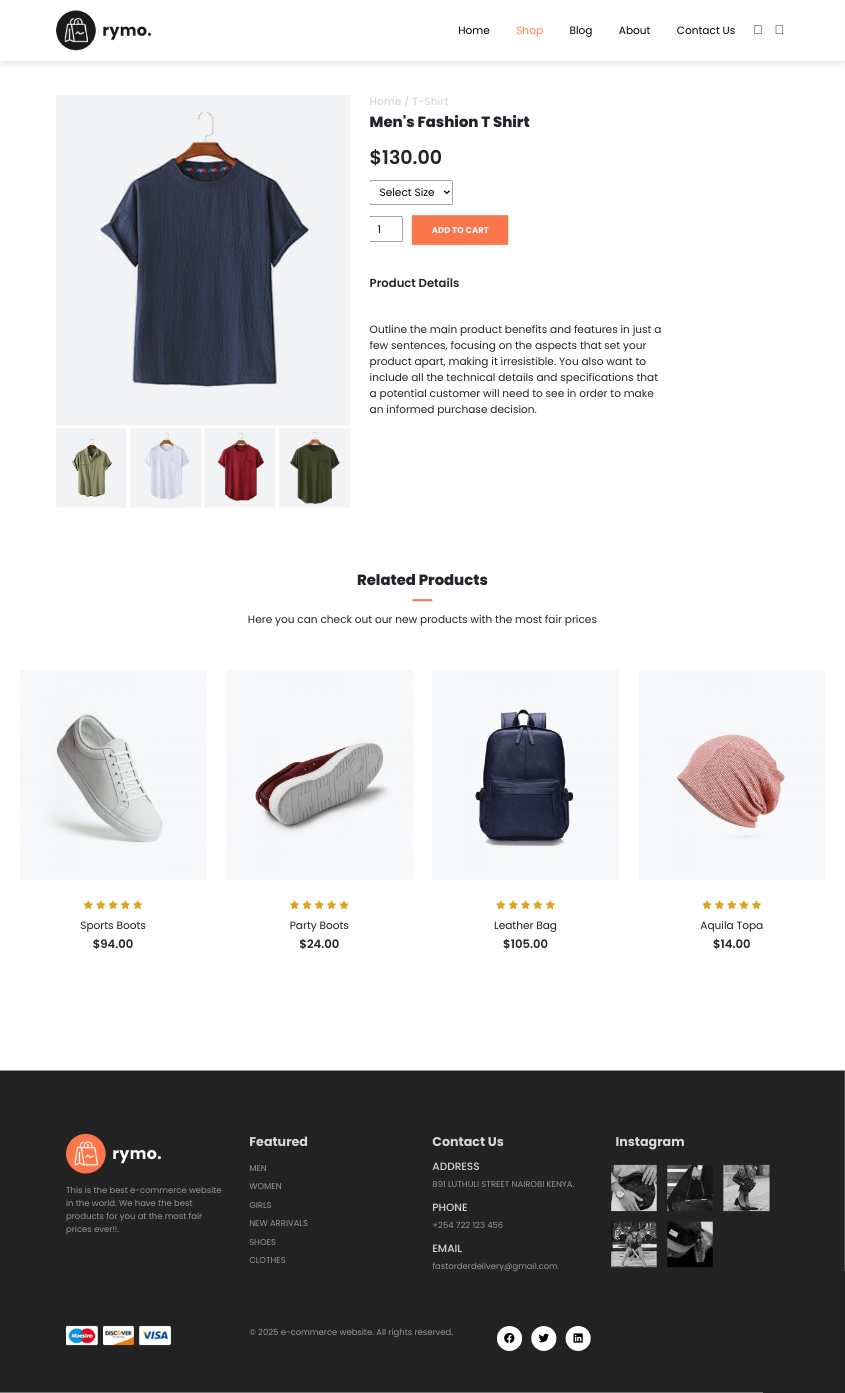
Repository: peter417waweru/e-commerce-UI
Page: sproduct.html
The author's editor kept a copy of each file at every save. The page is drawn from the files as they stood at one save, then again after the next save.
The browser window is 1280 px wide. The pictures show the whole page, at 66% of full size.
Some web libraries are served in a nearby version.

Above is the page before, as saved 2025-02-08 16:08:08.

### sproduct.html
<!DOCTYPE html>
<html lang="en">

    <head>
        <meta charset="UTF-8">
        <meta http-equiv="X-UA-Compatible" content="IE=edge">
        <meta name="viewport" content="width=device-width, initial-scale=1.0">
        <title>Product Details</title>

        <link rel="stylesheet" href="https://cdn.jsdelivr.net/npm/bootstrap@4.1.3/dist/css/bootstrap.min.css"
        integrity="sha384-MCw98/SFnGE8fJT3GXwEOngsV7Zt27NXFoaoApmYm81iuXoPkFOJwJ8ERdknLPMO" crossorigin="anonymous">

        <link rel="stylesheet" href="https://pro.fontawesome.com/releases/v5.10.0/css/all.css" />

        <link rel="stylesheet" href="./style.css">
        <link rel="stylesheet" href="./sproduct.css">
    </head>

    <body>
        <nav class="navbar navbar-expand-lg navbar-light bg-white py-3 fixed-top">
            <div class="container">
              <img src="img/logo1.png" alt="">
              <button class="navbar-toggler" type="button" data-bs-toggle="collapse" data-bs-target="#navbarSupportedContent"
              aria-controls="navbarSupportedContent" aria-expanded="false" aria-label="Toggle navigation">
                <span><i id="bar" class="fas fa-bars"></i></span>
              </button>
              <div class="collapse navbar-collapse" id="navbarSupportedContent">
                <ul class="navbar-nav ml-auto">
                  <li class="nav-item">
                    <a class="nav-link" aria-current="page" href="index.html">Home</a>
                  </li>
                  <li class="nav-item">
                    <a class="nav-link active" aria-current="page" href="shop.html">Shop</a>
                  </li>
                  <li class="nav-item">
                    <a class="nav-link" aria-current="page" href="#">Blog</a>
                  </li>
                  <li class="nav-item">
                    <a class="nav-link" aria-current="page" href="#">About</a>
                  </li>
                  <li class="nav-item">
                    <a class="nav-link" aria-current="page" href="#">Contact Us</a>
                  </li>
                  <li class="nav-item">
                    <i class="fal fa-search"></i>
                    <i class="fal fa-shopping-bag"></i>
                  </li>


                </ul>

              </div>
            </div>
        </nav>

        <section class="container sproduct my-5 pt-5">
            <div class="row mt-5">
                <div class="col-lg-5 col-mid-12 col-12">
                    <img class="img-fluid w-100  pb-1" src="img/shop/1.jpg" alt="">

                    <div class="small-img-group">
                        <div class="small-img-col">
                            <img src="img/shop/23.jpg" width="100%" class="small-img" alt="">
                        </div>
                        <div class="small-img-col">
                            <img src="img/shop/24.jpg" width="100%" class="small-img" alt="">
                        </div>
                        <div class="small-img-col">
                            <img src="img/shop/25.jpg" width="100%" class="small-img" alt="">
                        </div>
                        <div class="small-img-col">
                            <img src="img/shop/26.jpg" width="100%" class="small-img" alt="">
                        </div>
                    </div>
                </div>
                <div class="col-lg-5 col-mid-12 col-12" >
                    <h6>Home / T-Shirt</h6>
                    <h3 class="mb-4">Men's Fashion T Shirt</h3>
                    <h2>$130.00</h2>
                    <select class="my-3" name="" id="">
                        <option>Select Size</option>
                        <option>XXL</option>
                        <option>XL</option>
                        <option>Large</option>
                        <option>Small</option>
                    </select>
                    <input type="number" value="1">
                    <button class="buy-btn">Add To Cart</button>
                    <h4 class="mt-5 mb-5">Product Details</h4>
                    <span>Outline the main product benefits and features in just a few sentences, focusing on the aspects that set your product apart,
                         making it irresistible. You also want to include all the technical details and specifications that a potential customer will need to
                         see in order to make an informed purchase decision.</span>


                </div>
            </div>
        </section>

        <section id="featured" class="my-5 pb-5">
            <div class="container text-center mt-5 py-5">
              <h3>Related Products</h3>
              <hr class="mx-auto">
              <p>Here you can check out our new products with the most fair prices</p>
            </div>
            <div class="row mx-auto container-fluid">
              <div class="product text-center col-lg-3 col-md-4 col-12">
                <img class="img-fluid mb-3" src="img/featured/1.jpg" alt="">
                <div class="star">
                  <i class="fas fa-star"></i>
                  <i class="fas fa-star"></i>
                  <i class="fas fa-star"></i>
                  <i class="fas fa-star"></i>
                  <i class="fas fa-star"></i>
                </div>
                <h5 class="p-name">Sports Boots</h5>
                <h4 class="p-price">$94.00</h4>
                <button class="buy-btn">Buy Now</button>
              </div>
              <div class="product text-center col-lg-3 col-md-4 col-12">
                <img class="img-fluid mb-3" src="img/featured/2.jpg" alt="">
                <div class="star">
                  <i class="fas fa-star"></i>
                  <i class="fas fa-star"></i>
                  <i class="fas fa-star"></i>
                  <i class="fas fa-star"></i>
                  <i class="fas fa-star"></i>
                </div>
                <h5 class="p-name">Party Boots</h5>
                <h4 class="p-price">$24.00</h4>
                <button class="buy-btn">Buy Now</button>
              </div>
              <div class="product text-center col-lg-3 col-md-4 col-12">
                <img class="img-fluid mb-3" src="img/featured/3.jpg" alt="">
                <div class="star">
                  <i class="fas fa-star"></i>
                  <i class="fas fa-star"></i>
                  <i class="fas fa-star"></i>
                  <i class="fas fa-star"></i>
                  <i class="fas fa-star"></i>
                </div>
                <h5 class="p-name">Leather Bag</h5>
                <h4 class="p-price">$105.00</h4>
                <button class="buy-btn">Buy Now</button>
              </div>
              <div class="product text-center col-lg-3 col-md-4 col-12">
                <img class="img-fluid mb-3" src="img/featured/4.jpg" alt="">
                <div class="star">
                  <i class="fas fa-star"></i>
                  <i class="fas fa-star"></i>
                  <i class="fas fa-star"></i>
                  <i class="fas fa-star"></i>
                  <i class="fas fa-star"></i>
                </div>
                <h5 class="p-name">Aquila Topa</h5>
                <h4 class="p-price">$14.00</h4>
                <button class="buy-btn">Buy Now</button>
              </div>
            </div>
          </section>



        <footer class="mt-5 py-5">
            <div class="row container mx-auto pt-5">
              <div class="footer-one col-lg-3 col-md-6 col-12">
                <img src="img/logo2.png" alt="">
                <p class="pt-3">This is the best e-commerce website in the world.
                   We have the best products for you at the most fair prices ever!!.</p>
              </div>
              <div class="footer-one col-lg-3 col-md-6 col-12">
                <h4 class="pb-2">Featured</h4>
                <ul class="text-uppercase list-unstyled">
                  <li><a href="#">men</a></li>
                  <li><a href="#">women</a></li>
                  <li><a href="#">girls</a></li>
                  <li><a href="#">new arrivals</a></li>
                  <li><a href="#">shoes</a></li>
                  <li><a href="#">clothes</a></li>
                </ul>
              </div>
              <div class="footer-one col-lg-3 col-md-6 col-12 mb-3">
                <h4 class="pb-2">Contact Us</h4>
                <div>
                  <h6 class="text-uppercase">Address</h6>
                <p>891 LUTHULI STREET NAIROBI KENYA.</p>
                </div>
                <div>
                  <h6 class="text-uppercase">Phone</h6>
                <p>+254 722 123 456</p>
                </div>
                <div>
                  <h6 class="text-uppercase">Email</h6>
                <p>fastorderdelivery@gmail.com</p>
                </div>
              </div>
              <div class="footer-one col-lg-3 col-md-6 col-12 mb-3">
                <h4 class="pb-2">Instagram</h4>
                <div class="row">
                  <img class="img-fluid w-25 h-100 m-2" src="img/insta/1.jpg" alt="">
                  <img class="img-fluid w-25 h-100 m-2" src="img/insta/2.jpg" alt="">
                  <img class="img-fluid w-25 h-100 m-2" src="img/insta/3.jpg" alt="">
                  <img class="img-fluid w-25 h-100 m-2" src="img/insta/4.jpg" alt="">
                  <img class="img-fluid w-25 h-100 m-2" src="img/insta/5.jpg" alt="">
                </div>
              </div>
            </div>
            <div class="copyright mt-5">
              <div class="row container mx-auto">
                <div class="col-lg-3 col-md-6 col-12 mb-4">
                  <img class="img-fluid" src="img/payment.png" alt="">
                </div>
                <div class="col-lg-4 col-md-6 col-12 text-nowrap mb-2">
                  <p>© 2025 e-commerce website. All rights reserved.</p>
                </div>
                <div class="col-lg-4 col-md-6 col-12">
                  <a href="#"><i class="fab fa-facebook"></i></a>
                  <a href="#"><i class="fab fa-twitter"></i></a>
                  <a href="#"><i class="fab fa-linkedin"></i></a>
                </div>
              </div>
            </div>
        </footer>


        <script src="https://cdn.jsdelivr.net/npm/@popperjs/core@2.9.1/dist/umd/popper.min.js"
            integrity="sha384-SR1sx49pcuLnqZUnnPwx6FCym0wLsk5JZuNx2bPPENzswTNFaQU1RDvt3wT4gWFG"
            crossorigin="anonymous">
        </script>
        <script src="https://cdn.jsdelivr.net/npm/bootstrap@5.0.0-beta3/dist/js/bootstrap.min.js"
            integrity="sha384-j0CNLUeiqtyaRmlzUHCPZ+Gy5fQu0dQ6eZ/xAww941Ai1SxSY+0EQqNXNE6DZiVc"
            crossorigin="anonymous">
        </script>
    </body>

</html>

### style.css
@import url("https://fonts.googleapis.com/css2?family=Poppins:wght@100;200;300;400;500;600;700;800;900&display=swap");
* {
  margin: 0;
  padding: 0;
  box-sizing: border-box;
}

body {
  font-family: "Poppins", sans-serif;
}

h1 {
  font-size: 2.5rem;
  font-weight: 700;
}

h2 {
  font-size: 1.8rem;
  font-weight: 600;
}

h3 {
  font-size: 1.4rem;
  font-weight: 800;
}

h4 {
  font-size: 1.1rem;
  font-weight: 600;
}

h5 {
  font-size: 1rem;
  font-weight: 400;
  color: #1d1d1d;
}

h6 {
  color: #d8d8d8;
}

hr {
  width: 30px;
  height: 2px;
  background-color: #fb774b;
}

.star {
  padding: 10px 0;
}

.star i{
  font-size: 0.8rem;
  color: goldenrod;
}

button {
  font-size: 0.8rem;
  font-weight: 700;
  outline: none;
  border: none;
  background-color: #1d1d1d;
  color: aliceblue;
  padding: 13px 30px;
  cursor: pointer;
  text-transform: uppercase;
  transition: 0.3s ease;
}

button:hover {
  background-color: #3a3833;
}

hr {
  width: 30px;
  height: 2px;

}

.navbar {
  font-size: 16px;
  background-color: #d8d8d8;
  top: 0;
  left: 0;
  box-shadow: 0 5px 10px rgba(0, 0, 0, 0.1);
}

.navbar-light .navbar-nav .nav-link{
  padding: 0 20px;
  color: black;
  transition: 0.3s ease;
}

.navbar-light .navbar-nav .nav-link:hover,
.navbar i:hover,
.navbar-light .navbar-nav .nav-link.active,
.navbar i.active
{
  color: coral;
}



.navbar i{
  font-size: 1.2rem;
  padding: 0 7px;
  cursor: pointer;
  transition: 0.3s ease;
}

/* Mobile Nav*/


.navbar-light .navbar-toggler{
  border: none;
  outline: none;
}

#bar {
  font-size: 1.5rem;
  padding: 7px;
  cursor: pointer;
  font-weight: 500;
  color: black;
  transition: 0.3s ease;
}

#bar:hover,
#bar.active{
  color: #fff;
}

@media only screen and (max-width: 990px) {

  body > nav > div > button:hover ,
  body > nav > div > button:focus {
    background-color: #fb774b;
  }

  body > nav > div > button:hover #bar,
  body > nav > div > button:focus #bar {
    background-color: #fb774b;
  }

  #navbarSupportedContent > ul {
    margin: 1rem;
    justify-content: flex-end;
    align-items: flex-end;
    text-align: right;
  }

  #navbarSupportedContent > ul > li:nth-child(n) > a {
    padding: 10px 0;
  }
}


#home {
  background-image: url("img/back.jpg");
  width: 100%;
  height: 100vh;
  background-size: cover;
  background-position: top 70px center;
  display: flex;
  flex-direction: column;
  align-items: flex-start;
  justify-content: center;

}

#home span{
  color: coral;
}

#new .one img{
  width: 100%;
  height: 100%;
  background-position: center center;
  background-repeat: no-repeat;
  background-size: cover;
  position: relative;
}


#new .row .one .details{
  position: absolute;
  width: 100%;
  height: 100%;
  top: 0;
  left: 0;
  transition: 0.3s ease;
}

#new .row .one:hover .details{
  cursor: pointer;
  background-color: rgba(255, 178, 178, 0.8);
}

#new .row .one .details button{
 display: inline-block;
 font-size: 14px;
 font-weight: 500;
 color: #2a2a2a;
 background: none;
 text-transform: uppercase;
 border-bottom: 1px solid #2a2a2a;
 padding: 1.5px;
 transform: translateY(70px);
 transition: 0.3s ease;
}

#new .row .one .details button:hover{
  cursor: pointer;
  color: #fff;
  border-bottom: 1px solid #fff;
}

#new .row .one:nth-child(1) .details{
  display: flex;
  justify-content: center;
  flex-direction: column;
  align-items: flex-start;
  text-align: start;
}

#new .row .one:nth-child(2) .details{
  display: flex;
  justify-content: center;
  flex-direction: column;
  align-items: center;
  text-align: center;
}

#new .row .one:nth-child(3) .details{
  display: flex;
  justify-content: center;
  flex-direction: column;
  align-items: flex-end;
  text-align: end;
}

/*Products*/

.product {
  cursor: pointer;
  margin-bottom: 2rem;
}

.product img{
  transition: 0.3s all;

}

.product img:hover{
  opacity: 0.7;
}

.product .buy-btn{
  background: #fb774b;
  transform: translateY(20px);
  opacity: 0;
  transition: 0.3s all;
}
.product:hover .buy-btn{
  transform: translateY(0px);
  opacity: 1;
}

#banner {
  background-image: url("img/banner/2.jpg");
  width: 100%;
  height: 60vh;
  background-size: cover;
  background-position: top 70px center;
  background-repeat: no-repeat;
  background-attachment: fixed;
  display: flex;
  flex-direction: column;
  align-items: flex-start;
  justify-content: center;
}

#banner h4{
  color: #D8D8D8;
}

#banner h1{
  color: #D8D8D8;
}

#banner button{
  background-color: #fb774b;
}

footer{
  background-color: #222222;
}

footer h4 {
  color: #D8D8D8;
  font-size: 1.2rem;
  font-weight: 700;
}

footer li {
  padding-bottom: 4px;
}

footer li a {
  font-size: 0.8rem;
  color: #999;
}

footer li a:hover {
  color: #D8D8D8;
}

footer p{
  color: #999;
  font-size: 0.8rem;
}

footer .copyright a{
  color: #000;
  width: 38px;
  height: 38px;
  background-color: #fff;
  display: inline-block;
  text-align: center;
  line-height: 38px;
  border-radius: 50%;
  transition: 0.3s ease;
  margin: 0 5px;

}

footer .copyright a:hover{
  color: #fff;
  background-color: #fb774b;
}

### sproduct.css
.small-img-group{
    display: flex;
    justify-content: space-between;
}

.small-img-col{
    flex-basis: 24%;
    cursor: pointer;
}

.sproduct select{
    display: block;
    padding: 5px 10px;
}

.sproduct input{
    width: 50px;
    height: 40px;
    padding-left: 10px;
    font-size: 16px;
    margin-right: 10px;
}

.sproduct input:focus{
    outline: none;
}

.buy-btn{
    background: #fb774b;
    opacity: 1;
    transition: 0.3s all;
}

After the next save:
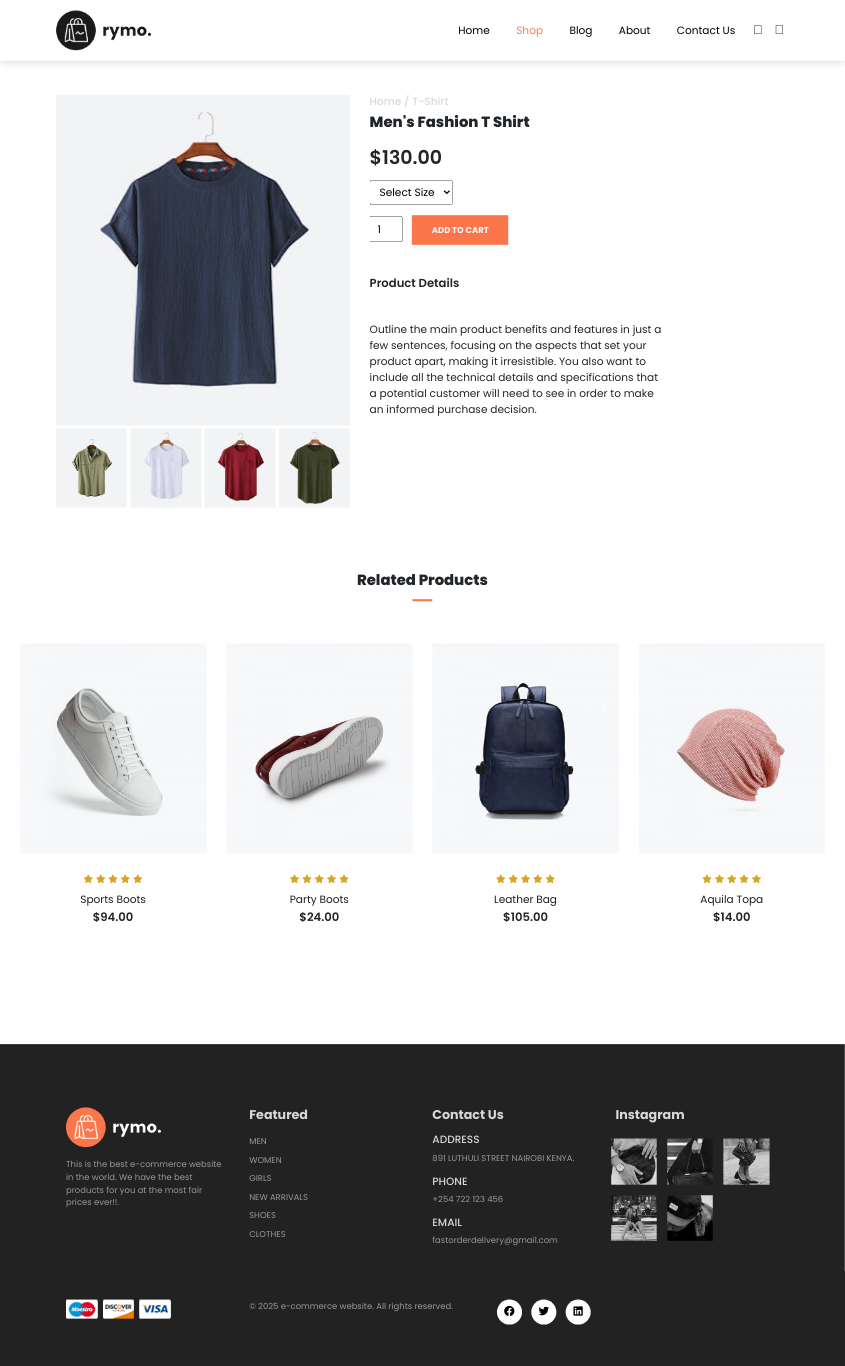
Saved 40 s later.
--- a/sproduct.html
+++ b/sproduct.html
@@ -100,7 +100,6 @@
             <div class="container text-center mt-5 py-5">
               <h3>Related Products</h3>
               <hr class="mx-auto">
-              <p>Here you can check out our new products with the most fair prices</p>
             </div>
             <div class="row mx-auto container-fluid">
               <div class="product text-center col-lg-3 col-md-4 col-12">
